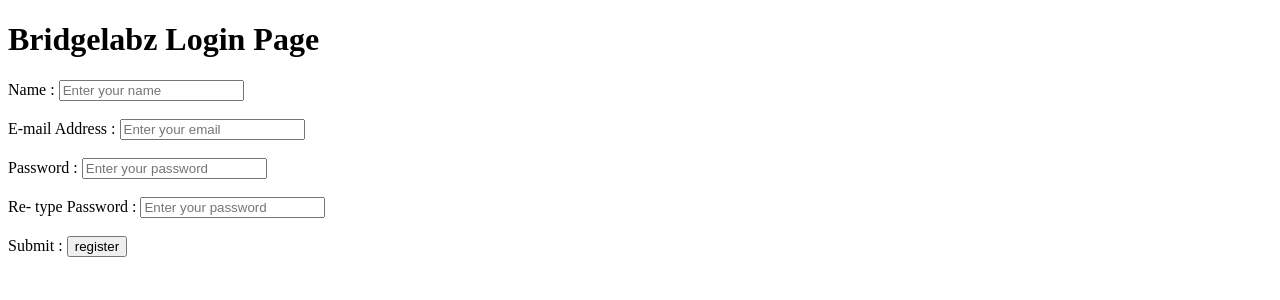
Repository: MarkFernandes11/Advanced-Java
Page: http://localhost/LoginPage1/registration.jsp
The author's editor kept a copy of each file at every save. The page is drawn from the files as they stood at one save, then again after the next save.
The browser window is 1280 px wide. The pictures show the whole page.
The page is served by Tomcat 9. Nobody is signed in. The application's start-up code is not run.

Above is the page before, as saved 2019-09-24 13:03:32.

After the next save:
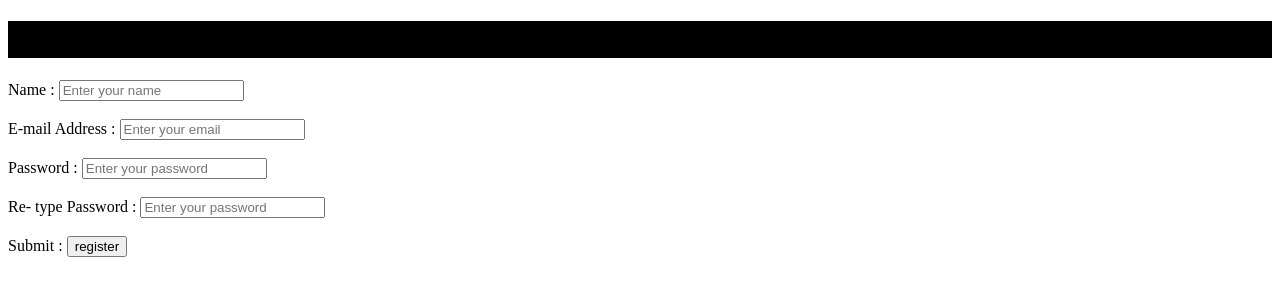
Saved 24 s later.
--- a/LoginPage1/WebContent/registration.jsp
+++ b/LoginPage1/WebContent/registration.jsp
@@ -5,10 +5,11 @@
 <head>
 <meta charset="UTF-8">
 <title>Registration Page</title>
+<link rel="Stylesheet" type= "text/css" href="StyleSheet.css">
 </head>
 <body>
 	<header>
-		<h1>Bridgelabz Login Page</h1>
+		<h1>Bridgelabz Registration Page</h1>
 		<!-- <marquee><h1>Bridgelabz Login Page</h1></marquee> -->
 	</header>
 
